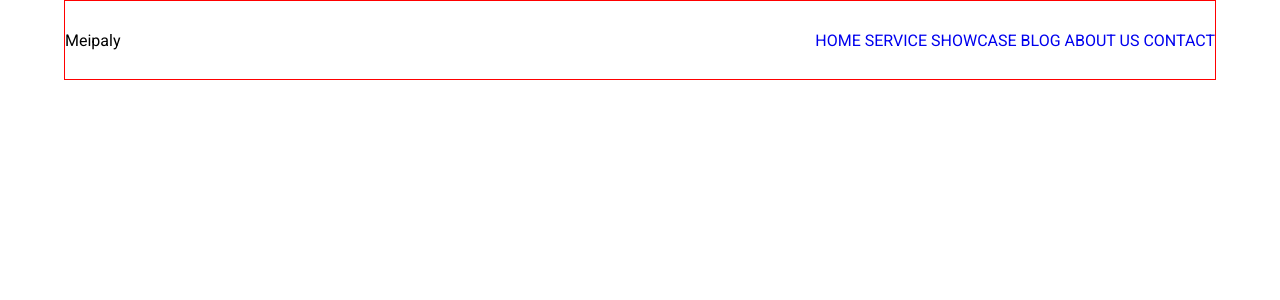
Repository: ducdatit2002/meipaly
Page: index.html
The author's editor kept a copy of each file at every save. The page is drawn from the files as they stood at one save, then again after a run of saves.
The browser window is 1280 px wide. The pictures show the whole page.

Above is the page before, as saved 2023-07-10 19:38:07.

After the next 8 saves:
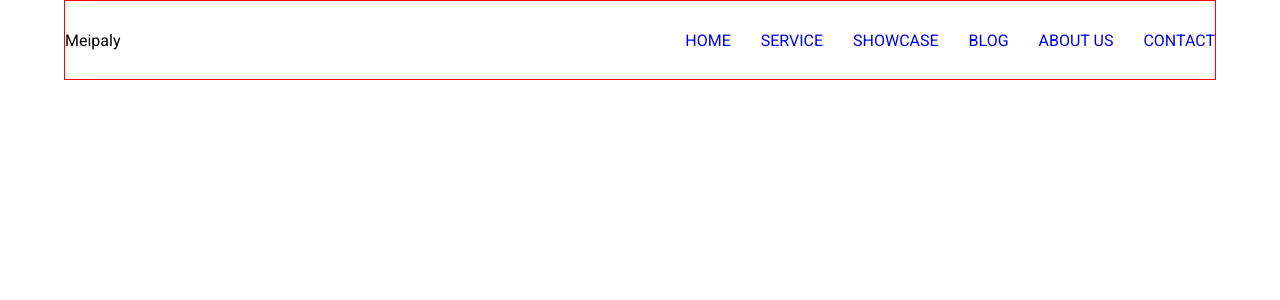
The 8 saves are shown as one change because they came seconds apart.
The last was saved 17 s later.
--- a/index.css
+++ b/index.css
@@ -24,7 +24,8 @@
 }
 header a {
     text-decoration: none;
-
+    text-transform: uppercase;
+    margin-left: 26px;
 }
 /* Trục chính default là chiều ngang */
 /* Justify-content: trục chính */
